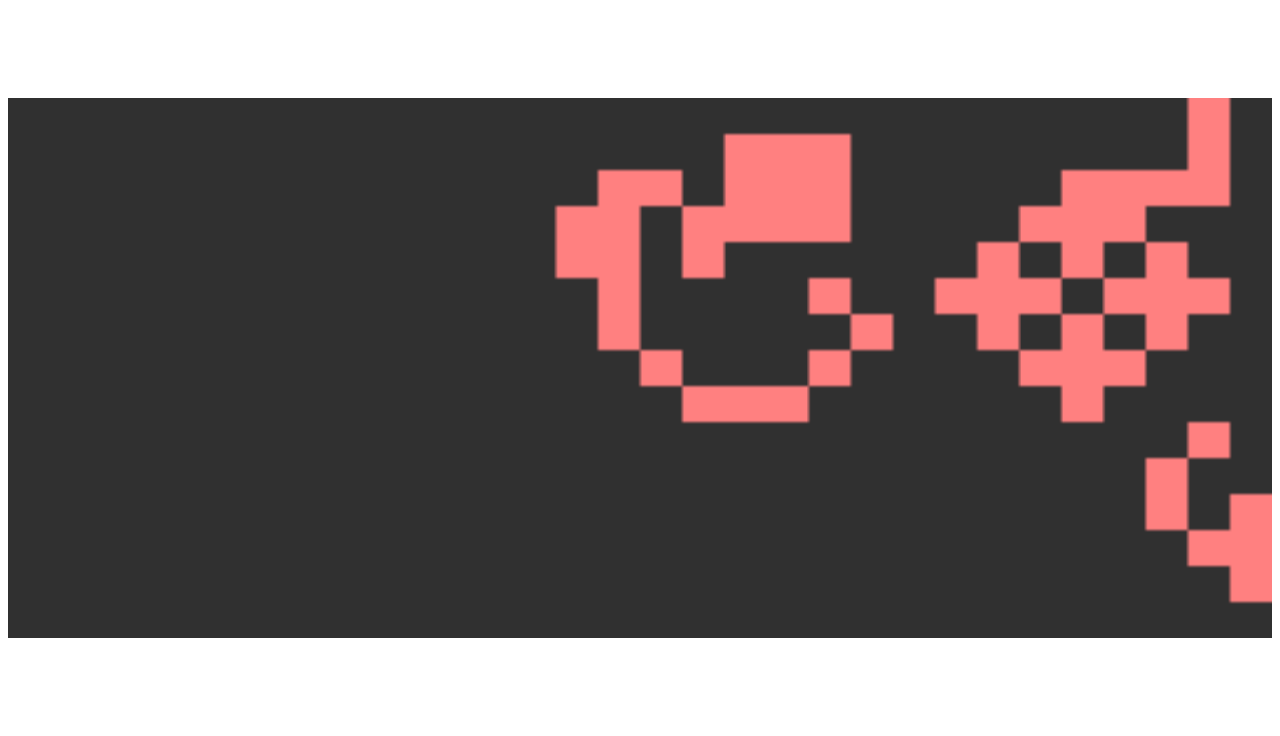
Repository: mayoujin/gol
Page: index.html
These files come from the project's save history. The page is drawn as it stood at one moment and after the next save; the edit follows.
The browser window is 1280 px wide. The pictures show the whole page.

Above is the page before, as saved 2021-03-20 14:04:15.

### index.html
<!DOCTYPE html>
<html lang="en">
    <head>
        <meta charset="UTF-8">
        <title>Title</title>
        <link rel="stylesheet" type="text/css" href="index.css" />
        <script type="module" src="index.js" defer></script>
    </head>
    <body>
        <canvas id="canvas">
            Your browser does not support the HTML5 canvas tag.
        </canvas>
    </body>
</html>

### index.css
body {
  min-height: 100vh;
  display: flex;
  place-items: center;
  overflow: hidden;
}

#canvas {
  width: 100vw;
  height: 75vh;
}

### index.js
class Cell {
  // Set the size for each cell
  static width = 10;
  static height = 10;

  constructor(context, gridX, gridY) {
    this.context = context;

    // Store the position of this cell in the grid
    this.gridX = gridX;
    this.gridY = gridY;

    // Make random squares alive
    this.alive = Math.random() > 0.5;
  }

  draw() {
    // Draw a square, let the state determine the color
    this.context.fillStyle = this.alive ? "#ff8080" : "#303030";
    this.context.fillRect(
      this.gridX * Cell.width,
      this.gridY * Cell.height,
      Cell.width,
      Cell.height
    );
  }
}

class Game {
  /**
   *
   */
  cellManager = null;

  constructor(canvas, options = {}) {
    if (!canvas || canvas.tagName !== "CANVAS") {
      throw new Error("Canvas is not exists or not invalid node type");
    }
    const context = canvas.getContext("2d");
    const { rows = 40, columns = 75 } = options;
    const { width, height } = canvas;

    this.cellManager = new CellManager(context, {
      rows,
      columns,
      width,
      height,
    });
  }
  nextCycle() {
    this.cellManager.nextCycle();
  }
}

class CellManager {
  width = 0;
  height = 0;

  columns = 75;
  rows = 40;

  gameObjects = [];
  context = null;

  constructor(context, options) {
    this.context = context;

    const { rows = 40, columns = 75, width, height } = options;
    Object.assign(this, { rows, columns, width, height });

    this.createGrid();
  }

  createGrid() {
    for (let y = 0; y < this.rows; y++) {
      for (let x = 0; x < this.columns; x++) {
        this.gameObjects.push(new Cell(this.context, x, y));
      }
    }
  }

  isAlive(x, y) {
    if (x < 0 || x >= this.columns || y < 0 || y >= this.rows) {
      return false;
    }

    return this.gameObjects[this.gridToIndex(x, y)].alive ? 1 : 0;
  }

  gridToIndex(x, y) {
    return x + y * this.columns;
  }

  checkSurrounding() {
    // Loop over all cells
    for (let x = 0; x < this.columns; x++) {
      for (let y = 0; y < this.rows; y++) {
        // Count the nearby population
        let numAlive =
          this.isAlive(x - 1, y - 1) +
          this.isAlive(x, y - 1) +
          this.isAlive(x + 1, y - 1) +
          this.isAlive(x - 1, y) +
          this.isAlive(x + 1, y) +
          this.isAlive(x - 1, y + 1) +
          this.isAlive(x, y + 1) +
          this.isAlive(x + 1, y + 1);
        let centerIndex = this.gridToIndex(x, y);

        if (numAlive == 2) {
          // Do nothing
          this.gameObjects[centerIndex].nextAlive = this.gameObjects[
            centerIndex
          ].alive;
        } else if (numAlive == 3) {
          // Make alive
          this.gameObjects[centerIndex].nextAlive = true;
        } else {
          // Make dead
          this.gameObjects[centerIndex].nextAlive = false;
        }
      }
    }

    // Apply the new state to the cells
    for (let i = 0; i < this.gameObjects.length; i++) {
      this.gameObjects[i].alive = this.gameObjects[i].nextAlive;
    }
  }

  nextCycle() {
    // Check the surrounding of each cell
    this.checkSurrounding();

    // Clear the screen
    this.context.clearRect(0, 0, this.width, this.height);

    // Draw all the gameobjects
    for (let i = 0; i < this.gameObjects.length; i++) {
      this.gameObjects[i].draw();
    }
  }
}

window.onload = () => {
  // The page has loaded, start the game
  const canvas = document.querySelector("#canvas");
  const options = { columns: 50, rows: 100 };
  const game = new Game(canvas, options);
  (function gameLoop() {
    window.requestAnimationFrame(() => {
      game.nextCycle();
      setTimeout(() => gameLoop(), 100);
    });
  })();
};

After the next save:
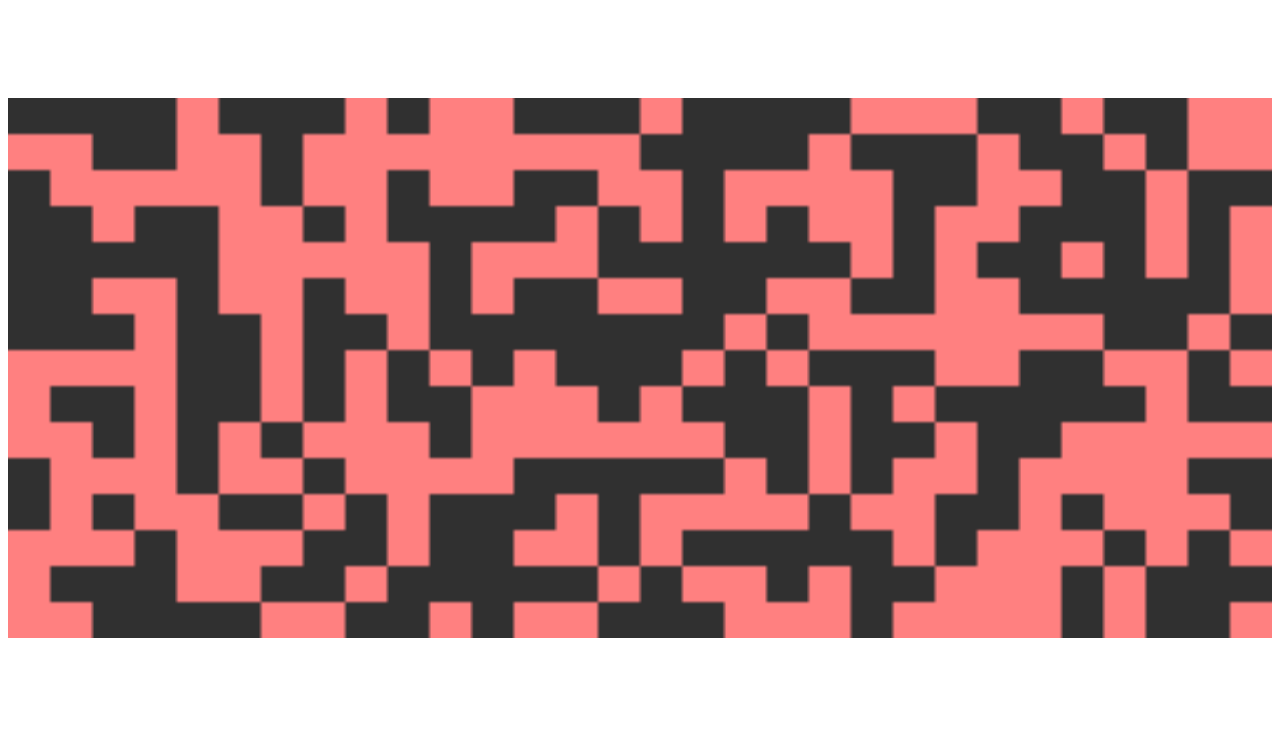
Saved 2 min 26 s later.
--- a/index.js
+++ b/index.js
@@ -59,7 +59,7 @@
   columns = 75;
   rows = 40;
 
-  gameObjects = [];
+  cells = [];
   context = null;
 
   constructor(context, options) {
@@ -74,7 +74,7 @@
   createGrid() {
     for (let y = 0; y < this.rows; y++) {
       for (let x = 0; x < this.columns; x++) {
-        this.gameObjects.push(new Cell(this.context, x, y));
+        this.cells.push(new Cell(this.context, x, y));
       }
     }
   }
@@ -84,7 +84,7 @@
       return false;
     }
 
-    return this.gameObjects[this.gridToIndex(x, y)].alive ? 1 : 0;
+    return this.cells[this.gridToIndex(x, y)].alive ? 1 : 0;
   }
 
   gridToIndex(x, y) {
@@ -107,24 +107,24 @@
           this.isAlive(x + 1, y + 1);
         let centerIndex = this.gridToIndex(x, y);
 
-        if (numAlive == 2) {
+        if (numAlive === 2) {
           // Do nothing
-          this.gameObjects[centerIndex].nextAlive = this.gameObjects[
-            centerIndex
-          ].alive;
-        } else if (numAlive == 3) {
+          this.cells[centerIndex].nextAlive = this.cells[centerIndex].alive;
+          return;
+        }
+        if (numAlive === 3) {
           // Make alive
-          this.gameObjects[centerIndex].nextAlive = true;
+          this.cells[centerIndex].nextAlive = true;
         } else {
           // Make dead
-          this.gameObjects[centerIndex].nextAlive = false;
+          this.cells[centerIndex].nextAlive = false;
         }
       }
     }
 
     // Apply the new state to the cells
-    for (let i = 0; i < this.gameObjects.length; i++) {
-      this.gameObjects[i].alive = this.gameObjects[i].nextAlive;
+    for (let i = 0; i < this.cells.length; i++) {
+      this.cells[i].alive = this.cells[i].nextAlive;
     }
   }
 
@@ -136,8 +136,8 @@
     this.context.clearRect(0, 0, this.width, this.height);
 
     // Draw all the gameobjects
-    for (let i = 0; i < this.gameObjects.length; i++) {
-      this.gameObjects[i].draw();
+    for (let i = 0; i < this.cells.length; i++) {
+      this.cells[i].draw();
     }
   }
 }

After the 5 saves that followed:
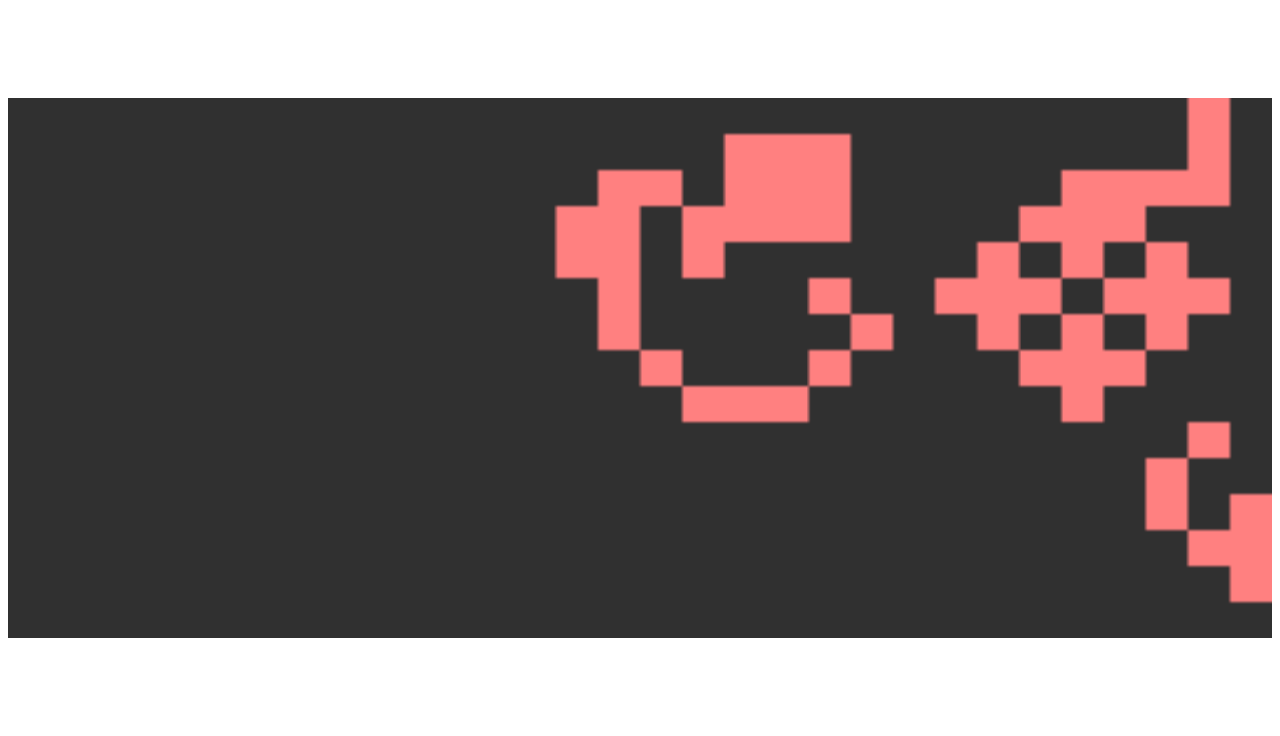
The 5 saves are shown as one change because 4 left the picture as it was.
The last was saved 92 s later.
--- a/index.js
+++ b/index.js
@@ -107,18 +107,28 @@
           this.isAlive(x + 1, y + 1);
         let centerIndex = this.gridToIndex(x, y);
 
-        if (numAlive === 2) {
-          // Do nothing
-          this.cells[centerIndex].nextAlive = this.cells[centerIndex].alive;
-          return;
+        switch (numAlive) {
+          case 2:
+            this.cells[centerIndex].nextAlive = this.cells[centerIndex].alive;
+            break;
+          case 3:
+            this.cells[centerIndex].nextAlive = true;
+            break;
+          default:
+            this.cells[centerIndex].nextAlive = false;
         }
-        if (numAlive === 3) {
-          // Make alive
-          this.cells[centerIndex].nextAlive = true;
-        } else {
-          // Make dead
-          this.cells[centerIndex].nextAlive = false;
-        }
+        // if (numAlive === 2) {
+        //   // Do nothing
+        //   this.cells[centerIndex].nextAlive = this.cells[centerIndex].alive;
+        //   return;
+        // }
+        // if (numAlive === 3) {
+        //   // Make alive
+        //   this.cells[centerIndex].nextAlive = true;
+        //   return;
+        // }
+        // // Make dead
+        // this.cells[centerIndex].nextAlive = false;
       }
     }
 
